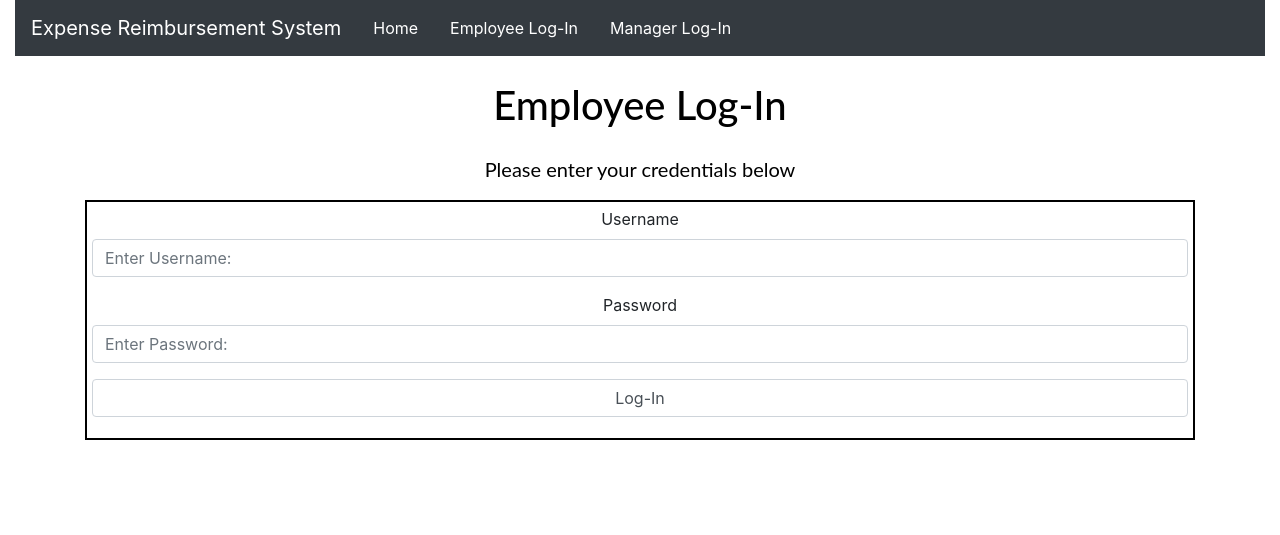
Repository: Trevormulrenin/ers-app
Page: ers-app/src/main/webapp/html/employee_login.html
The author's editor kept a copy of each file at every save. The page is drawn from the files as they stood at one save, then again after the next save.
The browser window is 1280 px wide. The pictures show the whole page.

Above is the page before, as saved 2021-04-01 16:09:48.

### ers-app/src/main/webapp/html/employee_login.html
<!DOCTYPE html>
<html>
<head>
	<meta charset="UTF-8">
	<meta name="viewport" content="width=device-width, initial-scale=1.0">

    <link rel="stylesheet" href="https://stackpath.bootstrapcdn.com/bootstrap/4.5.0/css/bootstrap.min.css" integrity="sha384-9aIt2nRpC12Uk9gS9baDl411NQApFmC26EwAOH8WgZl5MYYxFfc+NcPb1dKGj7Sk" crossorigin="anonymous">
	<link rel="stylesheet" type="text/css" href="../css/style.css">
<title>Expense Reimbursement System</title>
</head>

<style>
	#log-in-btn {
		text-align:center;
	}

	.login {
	border: 2px solid black;
	content: 5px;
    width: auto;
    text-align: center;
    padding: 5px;
    margin: auto;
    box-shadow: white;
	}

	.nav-item, .nav-item-active {
 		text-decoration: none;
		color: white;
		border: 1px;
		border-color:white;
	}
</style>

<body>


	<div class="container-fluid">
		<nav class="navbar navbar-expand-lg navbar-dark bg-dark">
			<a class="navbar-brand" href="../index.html">Expense Reimbursement System</a>
					<a class="nav-item nav-link" href="../index.html">Home</a>
					<a class="nav-item nav-link active" id="nav-item-right" href="employee_login.html">Employee Log-In</a>
					<a class="nav-item nav-link" id="nav-item-right" href="manager_login.html">Manager Log-In</a>

		</nav>
	</div>


	<div class="container" id="log-in-div">
		<h2>Employee Log-In</h2>
		<p id="enter-credentials">Please enter your credentials below</p>

		<div class="login">
			<form method="post" action="http://localhost:8080/ers-app/EmployeeLogInServlet">
				<div class="form-group">
					<label for="employeeUsername">Username</label>
					<input type="text" class="form-control" name="employeeUsername" id="employeeUsername" placeholder="Enter Username:" required>
				</div>
				<div class="form-group">
					<label for="employeePassword">Password</label>
					<input type="password" class="form-control" name="employeePassword" id="employeePassword" placeholder="Enter Password:" required>
				</div>
				<div class="form-group">
					<button type="submit" class="form-control" id="log-in-btn">Log-In</button>
				</div>
			</form>
		</div>
	</div>

	<script type="text/javascript" src="../js/employee_fetch.js"></script>
</body>
</html>

### ers-app/src/main/webapp/css/style.css
@charset "UTF-8";

#navbar-menu-right{
	text-decoration: none;
	color: black;
}

.nav-item, .nav-item-active, .nav-list-right {
		color: white;
		border: 1px;
		border-color:white;
	}

h1 {
	text-align: center;
    font-family: Lato;
    color: Black;
    font-size: 40px;
    margin: 50px;
}

p {
	text-align: center;
    font-family: Lato;
	color: Black;
	font-size: 15px;
}

h2 {
	text-align: center;
    font-family: Lato;
    color: Black;
    font-size: 40px;
    margin: 25px;
}

#enter-credentials {
	text-align: center;
    font-family: Lato;
	color: Black;
	font-size: 20px;
}


#pending-reimbursement, #resolved-reimbursement {
	border: 2px solid black;
	color: black;
	text-align:center;
	height: 300px;
	width: 400px;
    top:30%;
    left:10%;
/*     display: flex; */
/* 	justify-content: space-evenly; */
}

#pending-reimbursement {
	float: left;
}

#resolved-reimbursement:hover {
	background-color: gray;
	color:white;
}

#pending-reimbursement:hover {
	background-color: gray;
	color:white;
}

#pending-table, #resolved-table {
	padding: 10px;
	margin-left: auto;
	margin-right: auto;
	margin-top:20%;
	border: 2px solid black;
	border-collapse: collapse;
	border-left: 2px solid black;
	border-bottom: 2px solid black;
	border-spacing: 10px;
}

.nav-item, .nav-item-active, .nav-list-right {
/* 		text-decoration: none; */
		color: white;
		border: 1px;
		border-color:white;
	}

th, tr {
	border: 2px;
}

#log-in-button {
	text-align: center;
}

.login {
	border: 2px solid black;
	content: 5px;
	width: auto;
	text-align: center;
	padding: 5px;
	margin: auto;
	box-shadow: white;
}

#update-table {
	width: "100%";
	padding: 2px;
	margin-top: 5px;
	margin-bottom: 0px;
	margin-left: auto;
	margin-right: auto;
	border: 1px solid black;
	border-collapse: separate;
	border-spacing: 2px;
}

#view-employees {
	width: "100%";
	padding: 2px;
	margin-top: 5px;
	margin-bottom: 0px;
	margin-left: auto;
	margin-right: auto;
	border: 1px solid black;
	border-collapse: separate;
	border-spacing: 2px;
}

#reimbursement-table {
	width: "100%";
	padding: 2px;
	margin-top: 5px;
	margin-bottom: 0px;
	margin-left: auto;
	margin-right: auto;
	border: 1px solid black;
	border-collapse: separate;
	border-spacing: 2px;
}

.log-in-button {
	text-align: center;
	margin-top: 10px;
}

### ers-app/src/main/webapp/js/employee_fetch.js

function login() {
	console.log('asdflja');
	fetch('http://localhost:9731/ers-app/EmployeeLogInServlet', {
		method: 'POST',
		headers: {
			'Content-Type': 'application/json'
		},
		body: JSON.stringify({
			username: document.getElementById("employeeUsername").value,
			password: document.getElementById("employeePassword").value
			})
		})
		.then(response => {console.log(response.text())})
		.catch(err => console.log(err))
	}

After the next save:
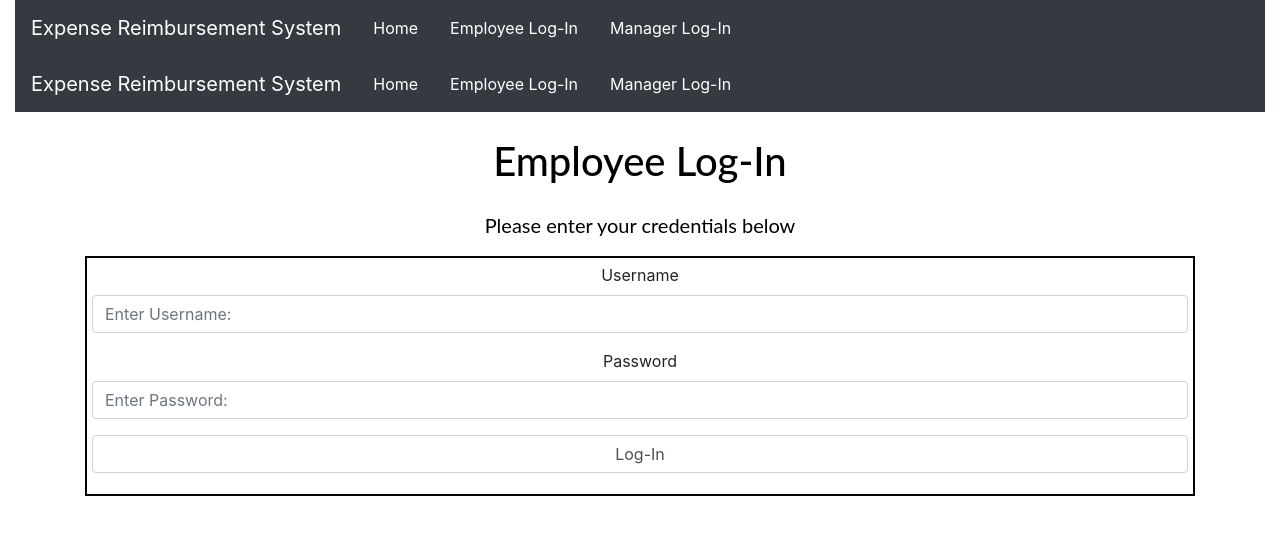
Saved 5 min 15 s later.
--- a/ers-app/src/main/webapp/html/employee_login.html
+++ b/ers-app/src/main/webapp/html/employee_login.html
@@ -44,6 +44,15 @@
 
 		</nav>
 	</div>
+	<div class="container-fluid">
+		<nav class="navbar navbar-expand-lg navbar-dark bg-dark">
+			<a class="navbar-brand" href="../index.html">Expense Reimbursement System</a>
+					<a class="nav-item nav-link" href="../index.html">Home</a>
+					<a class="nav-item nav-link active" id="nav-item-right" href="employee_login.html">Employee Log-In</a>
+					<a class="nav-item nav-link" id="nav-item-right" href="manager_login.html">Manager Log-In</a>
+
+		</nav>
+	</div>
 
 
 	<div class="container" id="log-in-div">

After the 2 saves that followed:
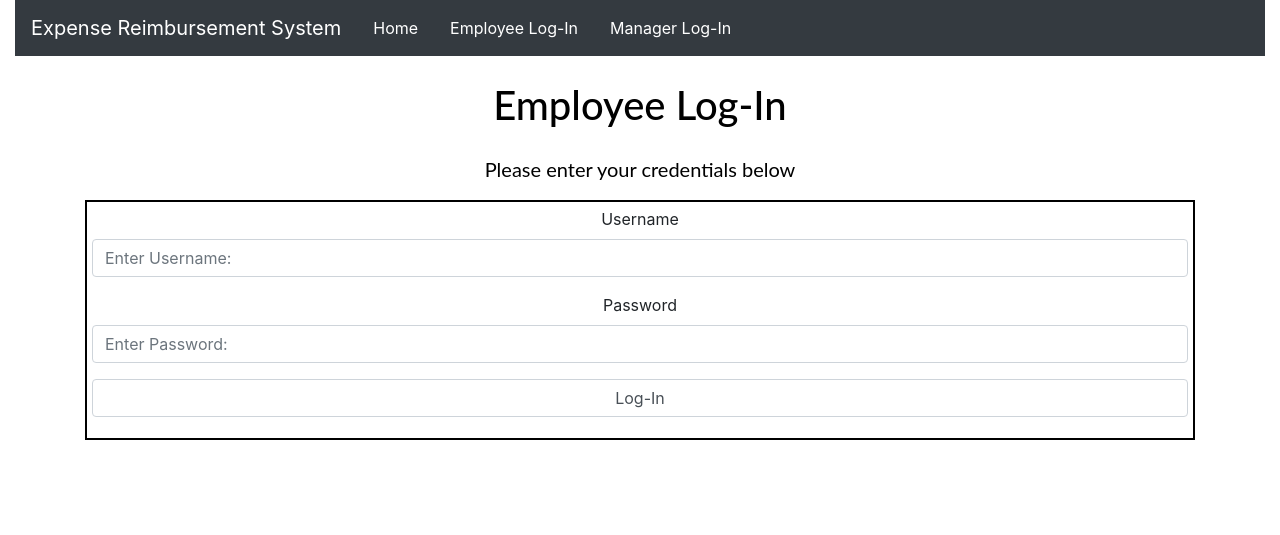
The 2 saves are shown as one change because they came seconds apart.
The last was saved 6 s later.
--- a/ers-app/src/main/webapp/html/employee_login.html
+++ b/ers-app/src/main/webapp/html/employee_login.html
@@ -44,15 +44,6 @@
 
 		</nav>
 	</div>
-	<div class="container-fluid">
-		<nav class="navbar navbar-expand-lg navbar-dark bg-dark">
-			<a class="navbar-brand" href="../index.html">Expense Reimbursement System</a>
-					<a class="nav-item nav-link" href="../index.html">Home</a>
-					<a class="nav-item nav-link active" id="nav-item-right" href="employee_login.html">Employee Log-In</a>
-					<a class="nav-item nav-link" id="nav-item-right" href="manager_login.html">Manager Log-In</a>
-
-		</nav>
-	</div>
 
 
 	<div class="container" id="log-in-div">
